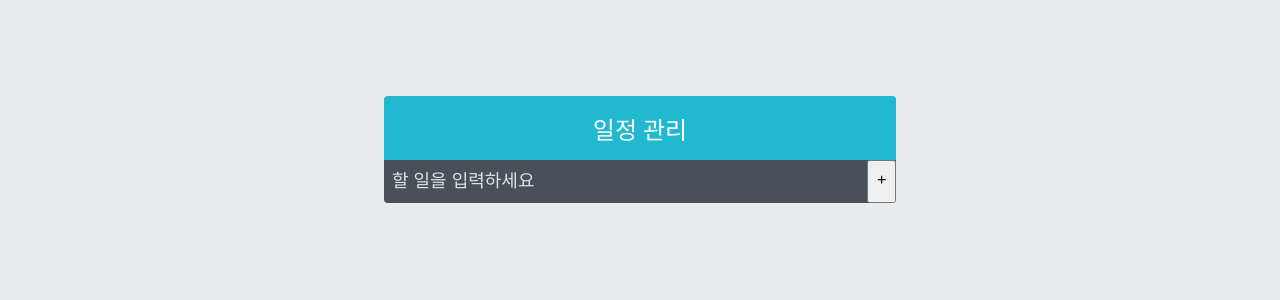
Repository: dhchun1203/React-TodoList-Project
Page: /
An editor plug-in stored every save of this project. The page is shown before and after the next save, followed by the edit.
The browser window is 1280 px wide. The pictures show the whole page.
The project was rebuilt for these pictures with package versions that can differ from the ones it lists, and the page was loaded fresh each time.

Above is the page before, as saved 2021-02-16 12:33:28.

### src/App.js
import React from 'react';
import TodoInsert from './components/TodoInsert';
import TodoTemplate from './components/TodoTemplate';

const App = () => {
  return (
    <TodoTemplate>
      <TodoInsert />
    </TodoTemplate>
  );
};

export default App;

### src/components/TodoInsert.js
import React from 'react';
import { MdAdd } from 'react-icons/md';
import './TodoInsert.scss';

const TodoInsert = () => {
  return (
    <form className="TodoInsert">
      <input placeholder="할 일을 입력하세요" />
      <button type="submit">
        <MdAdd />
      </button>
    </form>
  );
};

export default TodoInsert;

### src/components/TodoTemplate.js
// 화면을 가운데에 정렬, 앱 타이틀(일정 관리)을 보여줌. children으로 내부 JSX를 props로 받아 와서 렌더링.
import React from 'react';
import './TodoTemplate.scss';

const TodoTemplate = ({ children }) => {
  return (
    <div className="TodoTemplate">
      <div className="app-title">일정 관리</div>
      <div className="content">{children}</div>
    </div>
  );
};

export default TodoTemplate;

### src/components/TodoInsert.scss
.TodoInsert {
  display: flex;
  background: #495057;
  input {
    background: none;
    outline: none;
    border: none;
    padding: 0.5rem;
    font-size: 1.125rem;
    line-height: 1.5;
    color: white;
    &::placeholder {
      color: #dee2e6;
    }
    flex: 1;
  }
}

### src/components/TodoTemplate.scss
.TodoTemplate {
  width: 512px;
  margin-left: auto;
  margin-right: auto;
  margin-top: 6rem;
  border-radius: 4px;
  overflow: hidden;
}

.app-title {
  background: #22b8cf;
  color: white;
  height: 4rem;
  font-size: 1.5rem;
  display: flex;
  align-items: center;
  justify-content: center;
}

.content {
  background: white;
}

Loaded but not shown: public/index.html (common file); src/index.js (common file); src/index.css (common file); src/reportWebVitals.js (common file)

After the next save:
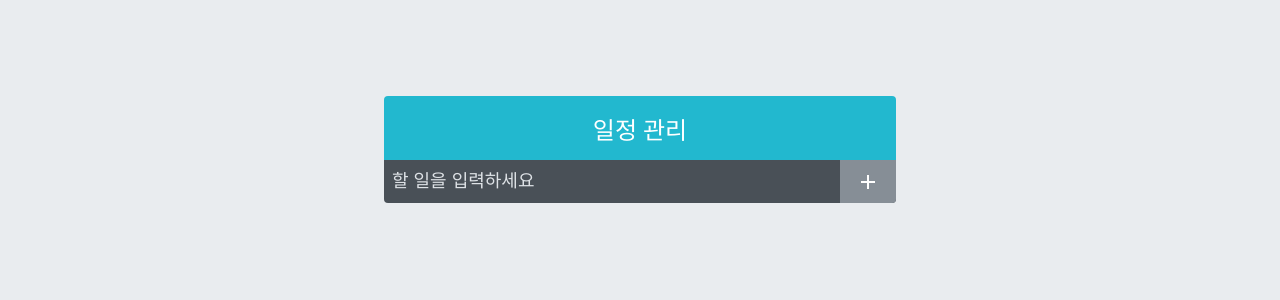
Saved 2 min 20 s later.
--- a/src/components/TodoInsert.scss
+++ b/src/components/TodoInsert.scss
@@ -14,4 +14,18 @@
     }
     flex: 1;
   }
+  button {
+    background: none;
+    outline: none;
+    border: none;
+    background: #868e96;
+    color: white;
+    padding-left: 1rem;
+    padding-right: 1rem;
+    font-size: 1.5rem;
+    display: flex;
+    align-items: center;
+    cursor: pointer;
+    transition: background 0.1s ease-in;
+  }
 }
